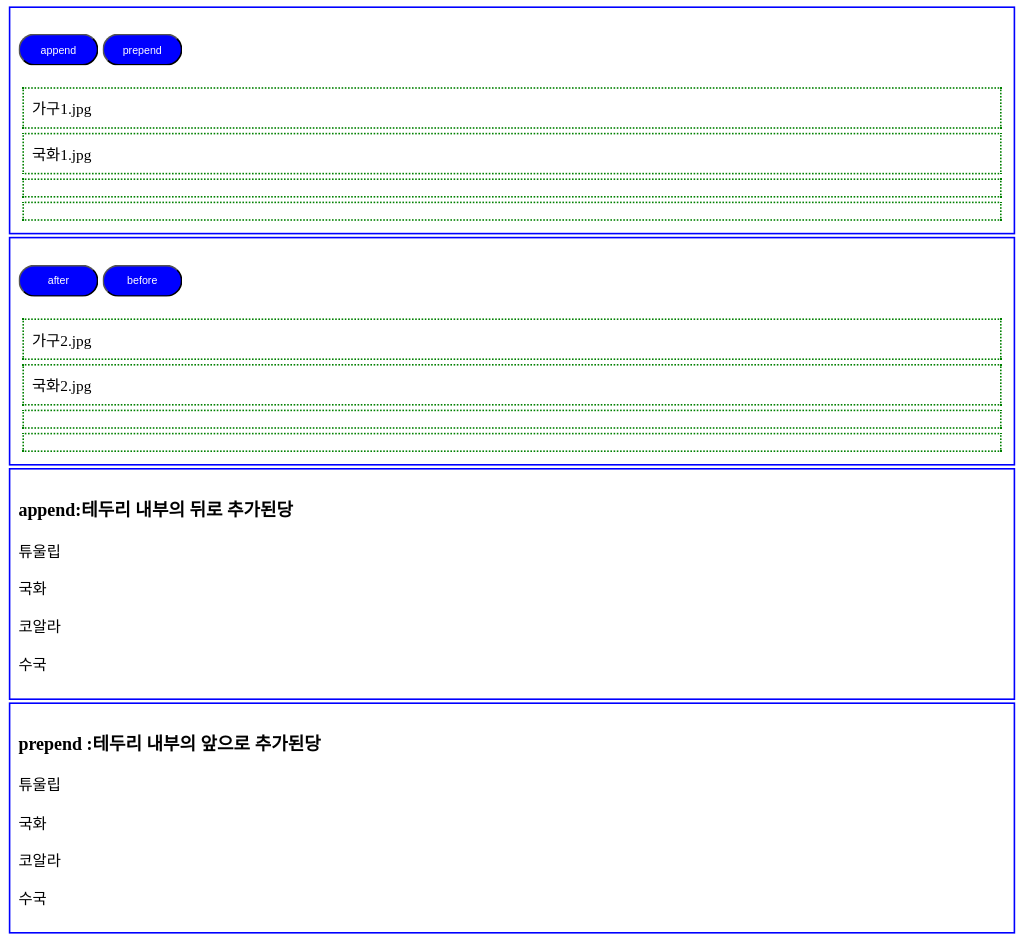
Repository: patternlobe-stack/MY_repository
Page: webpro/src/main/webapp/0916/추가메소드.html
These files come from the project's save history. The page is drawn as it stood at one moment and after the next save; the edit follows.
The browser window is 1280 px wide. The pictures show the whole page, at 80% of full size.

Above is the page before, as saved 2025-09-16 06:07:49.

### webpro/src/main/webapp/0916/추가메소드.html
<!DOCTYPE html>
<html>
<head>
<meta charset="UTF-8">
<title>Insert title here</title>
<link rel="stylesheet"  href="../css/public.css">
<script src="../js/jquery-3.7.1.js"></script>
<style>
  img {
    width: 80px;
	height:50px;
  }
</style>

<script>


$(()=>{
		$('#btn1').on('click', ()=>{
			//img태그 만들기
		vimg =$(`<img src='../images/가구1.jpg' alt=' 가구1.jpg'>` )

	//	$('#result1').append(vimg);
			$(vimg).appendTo($('#result1'));
		})
$('#btn2').on('click', ()=>{

	//img태그 만들기
	vimg = $(`<img src='../images/국화1.jpg' alt='국화1.jpg'>`);
//	$('#result2').prepend(vimg)

	$(vimg).prependTo($('#result2'))

})
	$('#btn3').on('click', ()=>{
		vimg = $(`<img src='../images/가구1.jpg' alt='가구1.jpg'>`);
		$('#result3').after(vimg);
		$(vimg).insertAfter($('result3'))
	})
	$('#btn4').on('click', ()=>{
		vimg = $(`<img src='../images/호랑이.jpg' alt='가구1.jpg'>`);
		$('#result4').before(vimg);


	})

	$('.boxp p').on('click', function() {
	    let vimg = $(`<img src='../images/Tulips.jpg' alt='호랑이'>`);
	    $(this).append(vimg);
	});
		$('.prebox p').on('click', function() {
		    let vimg = $(`<img src='../images/Tulips.jpg' alt='호랑이'>`);
		    $(this).prepend(vimg);
		});


})

</script>

</head>
<body>


<div class="box">
      <h3>
      </h3>
      <input type="button" value="append" id="btn1" />
      <input type="button" value="prepend" id="btn2" />
      <br /><br />

	  <div>가구1.jpg</div>
	  <div>국화1.jpg</div>

      <div id="result1"></div>
      <div id="result2"></div>
</div>

<div class="box">
      <h3>
      </h3>
      <input type="button" value="after" id="btn3" />
      <input type="button" value="before" id="btn4" />
      <br /><br />

	  <div>가구2.jpg</div>
	  <div>국화2.jpg</div>

      <div id="result3"></div>
      <div id="result4"></div>
</div>

      <div class="box boxp">
      <h3>
      append:테두리 내부의  뒤로 추가된당
      </h3>
          <p title="Tulips">튜울립</p>
		  <p title="Chrysanthemum">국화</p>
		  <p title="Koala">코알라</p>
		  <p title="Hydrangeas">수국     </p>

</div>

      <div class="box prebox">
      <h3>
      prepend :테두리 내부의  앞으로 추가된당
      </h3>
          <p title="Tulips">튜울립</p>
		  <p title="Chrysanthemum">국화</p>
		  <p title="Koala">코알라</p>
		  <p title="Hydrangeas">수국     </p>

</div>
</body>
</html>

### webpro/src/main/webapp/css/public.css
@charset "UTF-8";

pre {
  border: 5px inset red;
  margin: 20px;
  padding: 10px;
  font-size: 1.3rem;
}
div {
  border: 2px dotted green;
  padding: 10px;
  margin: 5px;
  font-size: 1.2rem;
}

.box {
  border: 2px solid blue;
  margin: 3px;
  padding: 10px;
}
.box input[type="button"],
.box input[type="submit"] {
  background: blue;
  color: white;
  width: 100px;
  height: 40px;
  border-radius: 50px;
}

Loaded but not shown: webpro/src/main/webapp/js/jquery-3.7.1.js (library)

After the next save:
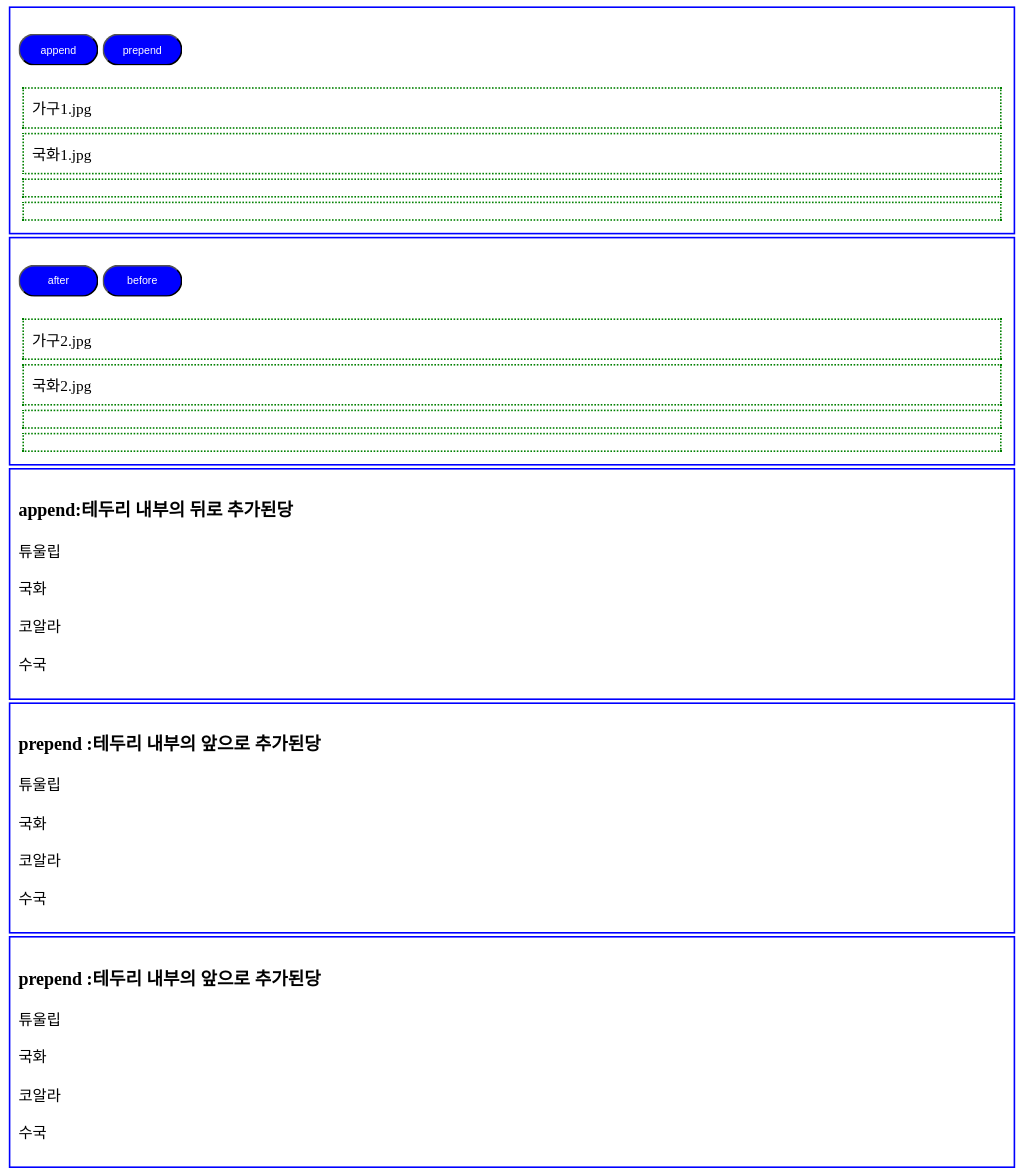
Saved 29 s later.
--- a/webpro/src/main/webapp/0916/추가메소드.html
+++ b/webpro/src/main/webapp/0916/추가메소드.html
@@ -111,5 +111,17 @@ $('#btn2').on('click', ()=>{
 		  <p title="Hydrangeas">수국     </p>
 
 </div>
+
+      <div class="box befbox">
+      <h3>
+      prepend :테두리 내부의  앞으로 추가된당
+      </h3>
+          <p title="Tulips">튜울립</p>
+		  <p title="Chrysanthemum">국화</p>
+		  <p title="Koala">코알라</p>
+		  <p title="Hydrangeas">수국     </p>
+
+</div>
+
 </body>
 </html>
